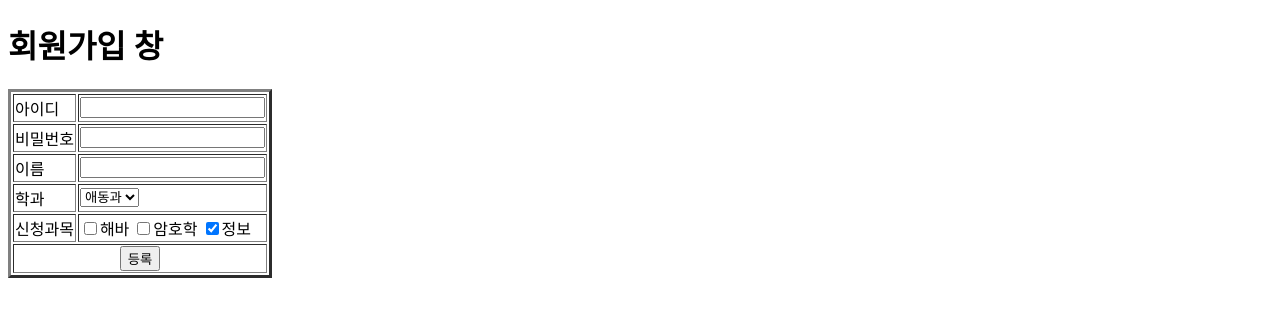
Repository: i-kemen/jsp
Page: http://localhost/WebTest/memeber.jsp
The author's editor kept a copy of each file at every save. The page is drawn from the files as they stood at one save, then again after the next save.
The browser window is 1280 px wide. The pictures show the whole page.
The page is served by Tomcat 10.

Above is the page before, as saved 2023-06-22 05:19:19.

After the next save:
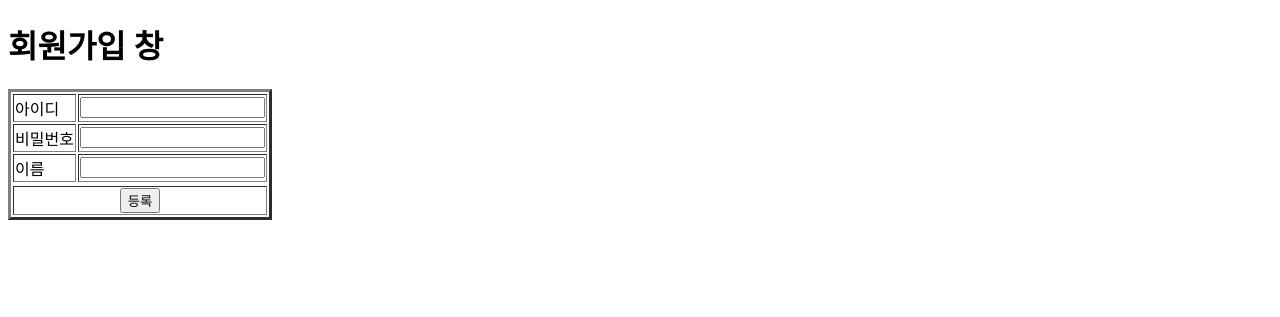
Saved 15 s later.
--- a/WebTest/src/main/webapp/memeber.jsp
+++ b/WebTest/src/main/webapp/memeber.jsp
@@ -27,28 +27,6 @@
 
     <tr>
 
-   <td>학과</td>
-
-     <td> <select name="hak"><option value="애동과"  > 애동과</option>
-     <option value="컴공과"> 컴공과 </option>
-     <option value="보안과" seleted > 보안과 </option> </select>
-     </td>
-
-     </tr>
-
-     <tr>
-
-
-
-   <td>신청과목</td>
-
-   <td><input type ="checkbox" name="class" value="해바">해바
-   <input type ="checkbox" name="class" value="암호학">암호학
-   <input type ="checkbox" name="class" value="정보보안" checked>정보
-   </td>
-
-    </tr>
-
     <tr>
 
     <td colspan ="2"> <center><input type="submit" value="등록"> </center>  </td>
